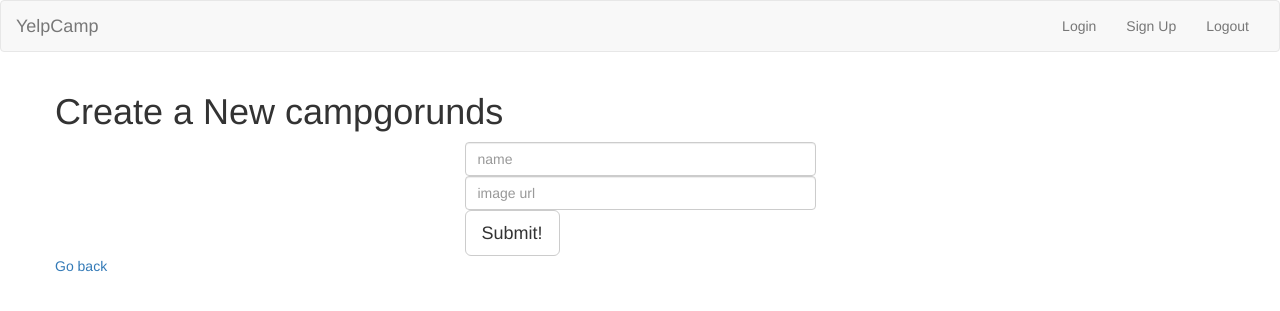
Repository: gtxDaniel/Web-development
Page: http://localhost/campgrounds/new
The author's editor kept a record of every edit. The page is drawn from the files as they stood at one moment, then again after the next edit.
The browser window is 1280 px wide. The pictures show the whole page.
The page is served by the project's Node server (YelpCamp/v1/app.js).

Above is the page before.

### web-development/workspace/YelpCamp/v1/views/new.ejs
<% include partials/header %>
<div class = "container">
    <div class = 'row'>
        <h1>Create a New campgorunds</h1>
        <div style = 'width: 30%; margin: 0 auto'>
            <form action = '/campgrounds' method = "POST">
                <input class ="form-control" type = 'text' name = 'name' placeholder = 'name'>
                <input class ="form-control" type = 'text' name = 'image' placeholder = 'image url'>
                <button class = 'btn btn-lg btn-default'>Submit!</button>
            </form>
        </div>

        <a href = '/campgrounds'>Go back</a>
    </div>
</div>
<% include partials/footer %>

### web-development/workspace/YelpCamp/v1/views/partials/header.ejs
<!DOCTYPE html>
<html>
    <head>
        <title>YelpCamp</title>
        <link rel="stylesheet" href="https://maxcdn.bootstrapcdn.com/bootstrap/3.3.7/css/bootstrap.min.css" integrity="sha384-BVYiiSIFeK1dGmJRAkycuHAHRg32OmUcww7on3RYdg4Va+PmSTsz/K68vbdEjh4u" crossorigin="anonymous">
    </head>
    <body>
        <nav class='navbar navbar-default'>
            <div class = 'container-fluid'>
                <div class = 'navbar-header'>
                    <a class='navbar-brand' href='/'>YelpCamp</a>
                </div>
                <div class="collapse navbar-collapse">
                    <ul class= 'nav navbar-nav navbar-right'>
                        <li><a href = "/">Login</a></li>
                        <li><a href = "/">Sign Up</a></li>
                        <li><a href = "/">Logout</a></li>
                    </ul>
                </div>
            </div>
        </nav>

### web-development/workspace/YelpCamp/v1/app.js
var express = require("express");
var app = express();
var bodyParser = require('body-parser');

app.use(bodyParser.urlencoded({extended: true}));
app.set('view engine', 'ejs');

var campgrounds = [
        {name: 'First', image: 'https://farm9.staticflickr.com/8442/7962474612_bf2baf67c0.jpg'},
        {name: 'Second', image: "https://ak4.picdn.net/shutterstock/videos/20733094/thumb/1.jpg"},
        {name: 'Third', image: "https://thefinanser.com/wp-content/uploads/2019/03/Camp.jpg"},
        {name: 'First', image: 'https://farm9.staticflickr.com/8442/7962474612_bf2baf67c0.jpg'},
        {name: 'Second', image: "https://ak4.picdn.net/shutterstock/videos/20733094/thumb/1.jpg"},
        {name: 'Third', image: "https://thefinanser.com/wp-content/uploads/2019/03/Camp.jpg"}
    ]

app.get('/', function(req, res){
    res.render('landing');
})

app.get('/campgrounds', function(req, res){

        res.render('campgrounds', {campgrounds: campgrounds});
})

app.get('/campgrounds/new', function(req, res) {
    res.render('new.ejs');
})

app.post('/campgrounds', function(req, res){
    // get data from form and add to campgorunds array
    // redircet
    var name = req.body.name;
    var image = req.body.image;
    var newCampground = {name: name, image: image};
    campgrounds.push(newCampground);
    res.redirect('/campgrounds');

})


app.listen(process.env.PORT, process.env.IP, function(){
    console.log("started");
})

Loaded but not shown: web-development/workspace/YelpCamp/v1/views/partials/footer.ejs (common file)

After the next edit:
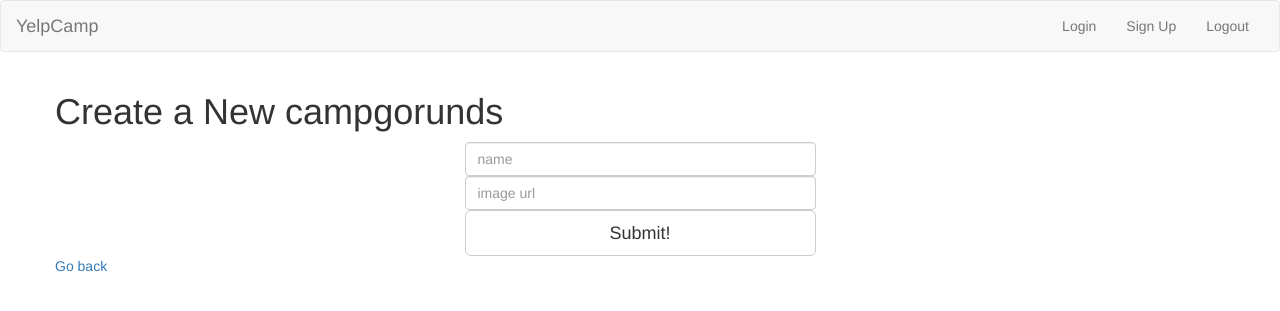
The edit:
--- a/web-development/workspace/YelpCamp/v1/views/new.ejs
+++ b/web-development/workspace/YelpCamp/v1/views/new.ejs
@@ -6,7 +6,7 @@
             <form action = '/campgrounds' method = "POST">
                 <input class ="form-control" type = 'text' name = 'name' placeholder = 'name'>
                 <input class ="form-control" type = 'text' name = 'image' placeholder = 'image url'>
-                <button class = 'btn btn-lg btn-default'>Submit!</button>
+                <button class = 'btn btn-lg btn-default btn-block'>Submit!</button>
             </form>
         </div>
 
